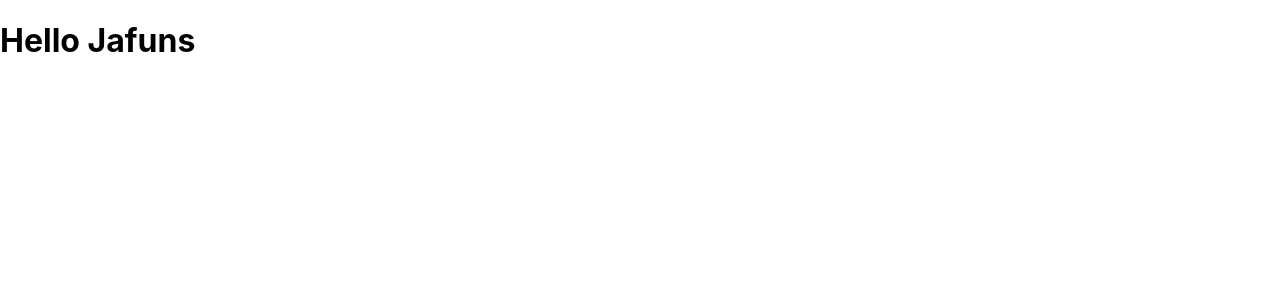
Repository: jafredk/Realestate
Page: /
These files come from the project's save history. The page is drawn as it stood at one moment and after the next save; the edit follows.
The browser window is 1280 px wide. The pictures show the whole page.
The project was rebuilt for these pictures with package versions that can differ from the ones it lists, and the page was loaded fresh each time. The framework's server and built-in components were replaced by stand-ins that run in the browser. Also part of the build but not shown: next.config.js.

Above is the page before, as saved 2022-01-26 00:56:54.

### pages/index.js
import link from 'next/link';
import Image from 'next/image';
import { Flex, Box, Text, Button } from '@chakra-ui/react';


export default function Home() {
  return (
    <div>
      <h1>Hello Jafuns</h1>
    </div>
  )
}

Loaded but not shown: pages/_app.js (common file); styles/globals.css (common file)

After the next save:
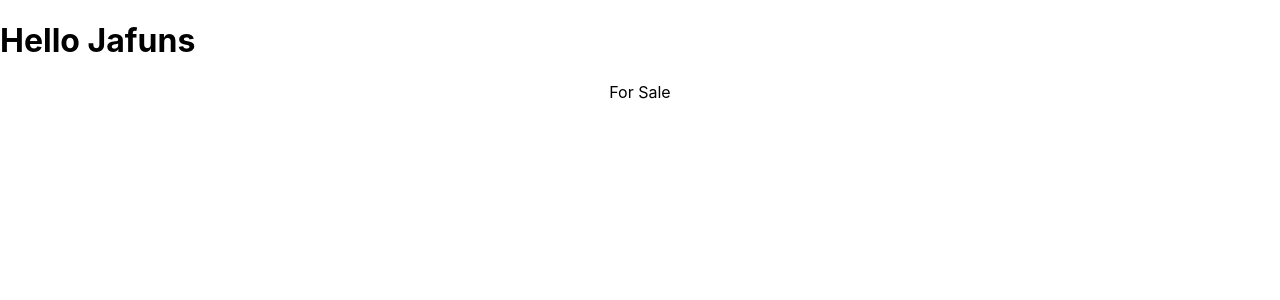
Saved 7 min 59 s later.
--- a/pages/index.js
+++ b/pages/index.js
@@ -2,11 +2,18 @@ import link from 'next/link';
 import Image from 'next/image';
 import { Flex, Box, Text, Button } from '@chakra-ui/react';
 
+const Banner = ({ purpose }) => (
+  <Flex flexWrap="wrap" justifyContent="center" alignItems="center" m="10">
+    {purpose}
+
+  </Flex>
+)
 
 export default function Home() {
   return (
     <div>
       <h1>Hello Jafuns</h1>
+      <Banner purpose={'For Sale'} />
     </div>
   )
 }
